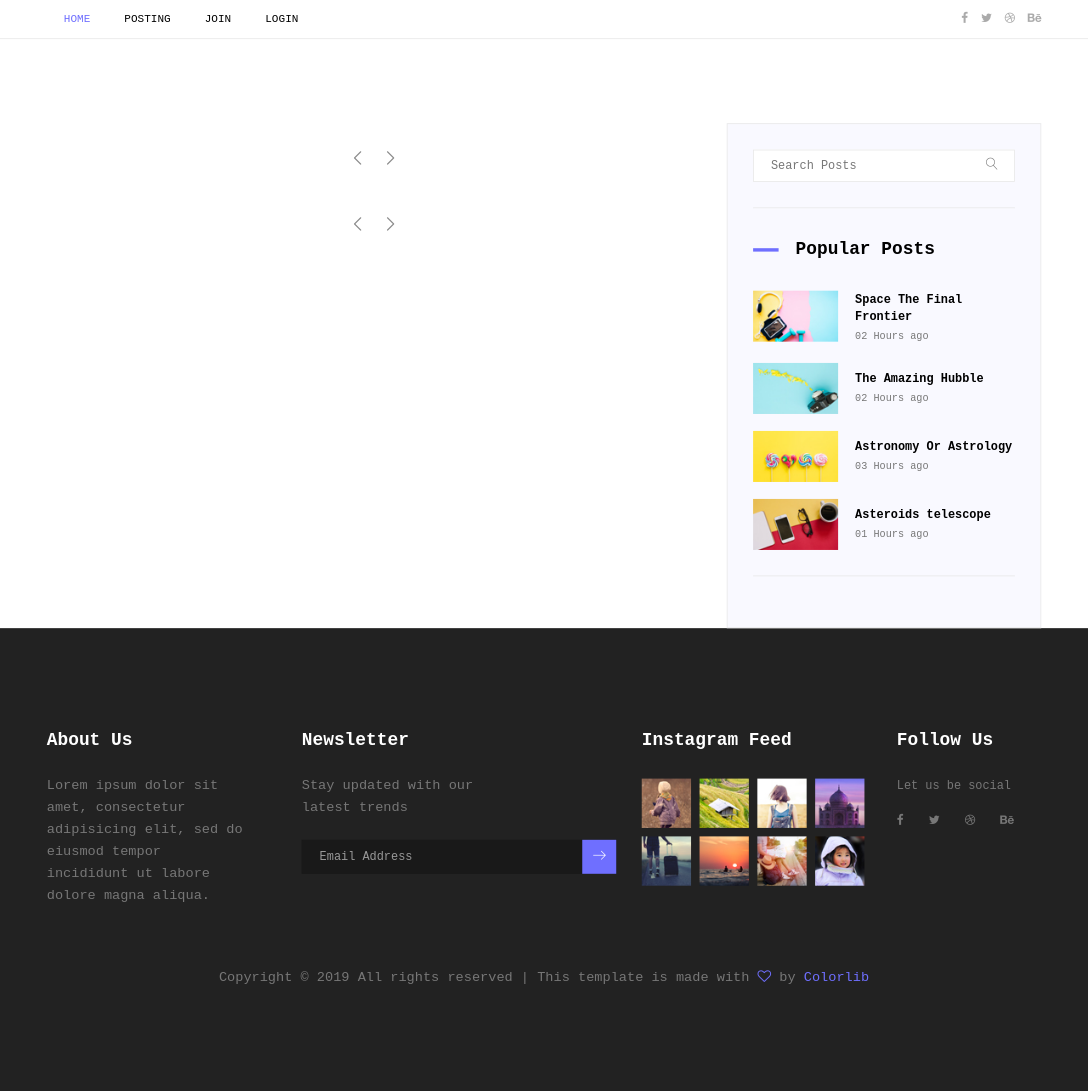
Repository: heonyKim/JSP
Page: http://localhost/blog/board?cmd=list&page=1
The author's editor kept a copy of each file at every save. The page is drawn from the files as they stood at one save, then again after a run of saves.
The browser window is 1280 px wide. The pictures show the whole page, at 85% of full size.
Some web fonts or font styles are not loaded; a fallback is used. The page is served by Tomcat 9. Queries for data that is not in the repository find no rows.

Above is the page before, as saved 2019-10-30 06:25:08.

After the next 3 saves:
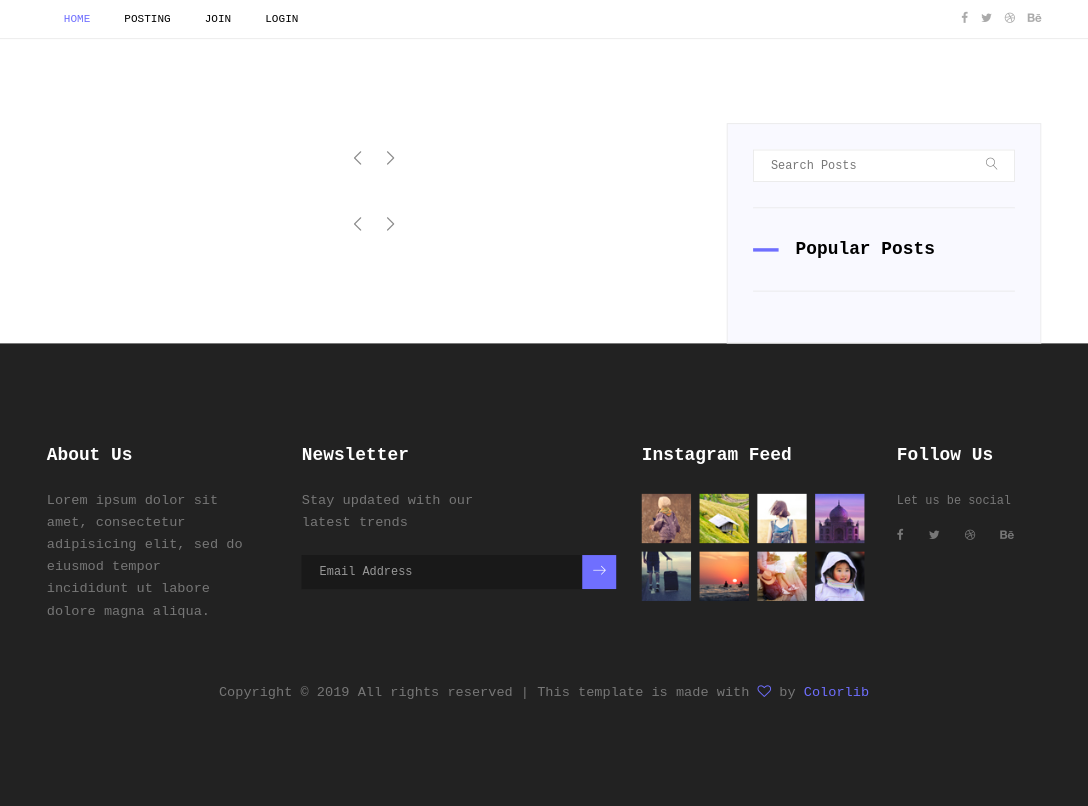
The 3 saves are shown as one change because 2 did not build or start.
The last was saved 2 min 30 s later.
--- a/blog_project/blog/WebContent/board/list.jsp
+++ b/blog_project/blog/WebContent/board/list.jsp
@@ -31,7 +31,7 @@
 						<!--시작-->
 						<article class="blog_style1">
 							<div class="blog_img">
-								<img class="img-fluid" style="width:100%; max-height:340px;"  src="${board.previewImg}" alt="">
+								<img class="img-fluid" style="width: 100%; max-height: 340px;" src="${board.previewImg}" alt="">
 							</div>
 							<div class="blog_text">
 								<div class="blog_text_inner">
@@ -81,34 +81,23 @@
 
 					<aside class="single_sidebar_widget popular_post_widget">
 						<h3 class="widget_title">Popular Posts</h3>
-						<div class="media post_item">
-							<img src="/blog/img/blog/popular-post/post1.jpg" alt="post">
-							<div class="media-body">
-								<a href="blog-details.html"><h3>Space The Final Frontier</h3></a>
-								<p>02 Hours ago</p>
+
+
+						<!-- 인기게시물 TOP3 -->
+						<c:forEach var="board" items="${hotBoards}">
+
+							<div class="media post_item">
+								<img src="/blog/img/blog/popular-post/post1.jpg" alt="post">
+								<div class="media-body">
+									<a href="blog-details.html"><h3>Space The Final Frontier</h3></a>
+									<p>02 Hours ago</p>
+								</div>
 							</div>
-						</div>
-						<div class="media post_item">
-							<img src="/blog/img/blog/popular-post/post2.jpg" alt="post">
-							<div class="media-body">
-								<a href="blog-details.html"><h3>The Amazing Hubble</h3></a>
-								<p>02 Hours ago</p>
-							</div>
-						</div>
-						<div class="media post_item">
-							<img src="/blog/img/blog/popular-post/post3.jpg" alt="post">
-							<div class="media-body">
-								<a href="blog-details.html"><h3>Astronomy Or Astrology</h3></a>
-								<p>03 Hours ago</p>
-							</div>
-						</div>
-						<div class="media post_item">
-							<img src="/blog/img/blog/popular-post/post4.jpg" alt="post">
-							<div class="media-body">
-								<a href="blog-details.html"><h3>Asteroids telescope</h3></a>
-								<p>01 Hours ago</p>
-							</div>
-						</div>
+
+						</c:forEach>
+						<!-- 인기게시물 TOP3 -->
+
+
 						<div class="br"></div>
 					</aside>
 				</div>
